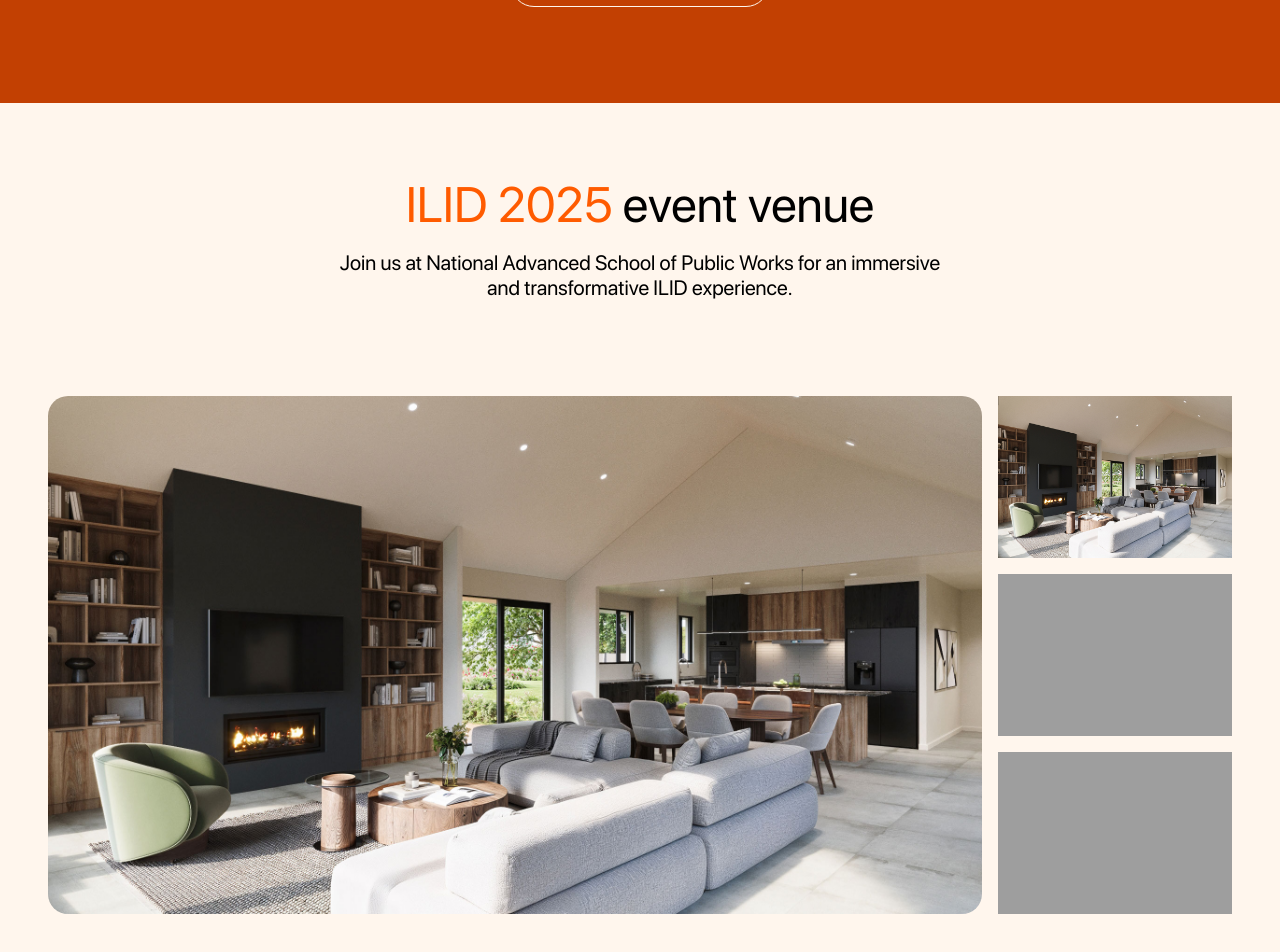
Repository: ilidevent/ilidwebsite
Page: /
An editor plug-in stored every save of this project. The page is shown before and after a run of saves, followed by the edit.
The browser window is 1280 px wide. The pictures show the part of the page from y = 4052 to 5004 px (the page is 5209 px tall).
Pictures or frames that could not be fetched are drawn as grey boxes. The project was rebuilt for these pictures with package versions that can differ from the ones it lists, and the page was loaded fresh each time. The framework's server and built-in components were replaced by stand-ins that run in the browser. Also part of the build but not shown: next.config.ts.

Above is the page before, as saved 2025-03-13 21:15:16.

### app/layout.tsx
import type { Metadata } from "next";
import localFont from "next/font/local";
import { Navbar } from "@/components";
import "../styles/globals.scss";

const regular = localFont({
  src: "./fonts/SF-Pro-Display-Regular.ttf",
  variable: "--regular-font"
})

const medium = localFont({
  src: "./fonts/SF-Pro-Display-Medium.ttf",
  variable: "--medium-font"
})

const semibold = localFont({
  src: "./fonts/SF-Pro-Display-Semibold.ttf",
  variable: "--semibold-font"
})

const heavy = localFont({
  src: "./fonts/SF-Pro-Display-Heavy.ttf",
  variable: "--heavy-font"
})

const script = localFont({
  src: "./fonts/VT323-Regular.ttf",
  variable: "--script-font"
})

export const metadata: Metadata = {
  title: "Innovation Lab for Infrastructure Development",
  description: "Generated by create next app",
};

export default function RootLayout({
  children,
}: Readonly<{
  children: React.ReactNode;
}>) {
  return (
    <html lang="en">
      <body className={`${regular.variable} ${medium.variable} ${semibold.variable} ${heavy.variable} ${script.variable}`}>
        <Navbar/>
        {children}
      </body>
    </html>
  );
}

### app/page.tsx
import React from 'react'
import { HomePageWrapper } from '@/components'

const HomePage = () => {
  return (
    <div className='main'>
      <HomePageWrapper/>
    </div>
  )
}

export default HomePage

### components/index.ts
import Navbar from "./Navigation/Navbar";
import HomePageWrapper from "./HomePage/HomePageWrapper";

export {
  Navbar,
  HomePageWrapper
}

### components/Navigation/Navbar.tsx
import React from 'react'
import Image from 'next/image'
import Link from 'next/link'
import LOGO from "../../public/svg/whitelogo.svg"
import Button from '../ReUsables/Button'
import styles from "../../styles/Navigation/navbar.module.scss"

const Navbar = () => {
  const navLinks = [
    {
      name: "Attend",
      link: "/attend"
    },
    {
      name: "Speakers",
      link: "/speakers"
    },
    {
      name: "About",
      link: "/about"
    },
    {
      name: "Agenda",
      link: "/agenda"
    }
  ]

  const buttonOne = {
    name: "Pitch your idea",
    link: "/pitch-contest",
  }

  const buttonTwo = {
    name: "Partner with us",
    link: "/partners",
  }

  return (
    <>
      <header className={styles.nav__header}>
        <div className={`container ${styles.nav__container}`}>
          <div className={styles.nav__logo}>
            <Image fill quality={100} alt='ILID Logo' src={LOGO}/>
          </div>
          <nav className={styles.nav__center}>
            {
              navLinks.map((data, i) => (
                <Link key={i} href={data.link}>{data.name}</Link>
              ))
            }
          </nav>
          <nav className={styles.nav__right}>
            <Button fill={false} buttonInfo={buttonOne}/>
            <Button fill buttonInfo={buttonTwo}/>
          </nav>
        </div>
      </header>
    </>
  )
}

export default Navbar

### components/ReUsables/Button.tsx
import React from "react";
import Link from "next/link";
import styles from "../../styles/ReUsables/button.module.scss";

interface ButtonInfo {
  name: string;
  link: string;
}

const Button = ({
  buttonInfo,
  fill,
}: {
  buttonInfo: ButtonInfo;
  fill: boolean;
}) => {
  return (
    <>
      {fill ? (
        <Link className={styles.button__background} href={buttonInfo.link}>
          {buttonInfo.name}
        </Link>
      ) : (
        <Link className={styles.button__stroke} href={buttonInfo.link}>
          {buttonInfo.name}
        </Link>
      )}
    </>
  );
};

export default Button;

### styles/Navigation/navbar.module.scss
.nav__header {
  width: 100%;
  height: auto;
  padding: 1rem 0;
  position: fixed;
  top: 0;
  left: 0;
  z-index: 100;
}

.nav__container {
  position: relative;
  display: flex;
  justify-content: space-between;
  align-items: center;
}

.nav__logo {
  width: 270px;
  aspect-ratio: 1112.0159/400;
  position: relative;

  img {
    object-fit: cover;
  }
}

.nav__center {
  position: absolute;
  top: 50%;
  left: 50%;
  transform: translate(-50%, -50%);
  display: flex;
  gap: 1.5rem;

  a {
    color: var(--body-color);
    opacity: 1;
    transition: opacity 0.5s ease;

    &:hover {
      opacity: 0.5;
    }
  }
}

.nav__right{
  display: flex;
  gap: 1.5rem
}

### components/ReUsables/ReusableSection.tsx
import React from "react";
import HighlightedText from "./HighlighedText";
import Button from "./Button";
import ButtonTwo from "./ButtonTwo";
import styles from "../../styles/ReUsables/reusablesection.module.scss";

interface ReusableSectionProps {
  header: string;
  keywords?: string[];
  text: string;
  textColor: string;
  backgroundColor: string;
  buttonData?: {
    name: string;
    link: string;
  };
  children: React.ReactNode;
}

const ReusableSection = ({
  header,
  keywords,
  text,
  textColor,
  backgroundColor,
  buttonData,
  children,
}: ReusableSectionProps) => {
  return (
    <section
      className={`section ${styles.rs__section}`}
      style={{ backgroundColor: backgroundColor }}
    >
      <div className={`container ${styles.rs__container}`}>
        <div className={styles.rs__wrapper}>
          <div className={styles.rscontent__header}>
            <HighlightedText
              text={header}
              keywords={keywords}
              color={textColor}
            />
            <p style={{ color: textColor }} className={styles.p__tag}>{text}</p>
          </div>
          <div className={styles.rsmain__content}>{children}</div>
          {buttonData && backgroundColor === "#C24002" ? (
            <Button fill={false} buttonInfo={buttonData} />
          ) : (
            <ButtonTwo buttonInfo={buttonData} />
          )}
        </div>
      </div>
    </section>
  );
};

export default ReusableSection;

### components/ReUsables/PaddingTop.tsx
import React from 'react'
import styles from "../../styles/ReUsables/paddingtop.module.scss"

const PaddingTop = ({backgroundColor} : {backgroundColor: string}) => {
  return (
    <div className={styles.paddingtop} style={{backgroundColor: backgroundColor}}></div>
  )
}

export default PaddingTop

### components/ReUsables/AboutboxWrapper.tsx
import React from "react";
import AboutBox from "./AboutBox";
import { AboutData } from "@/utils";
import styles from "../../styles/ReUsables/aboutboxwrapper.module.scss";

const AboutboxWrapper = () => {
  return (
    <div className={styles.abw__wrapper}>
      {AboutData.map((data, i) => (
        <AboutBox key={i} boxData={data} />
      ))}
    </div>
  );
};

export default AboutboxWrapper;

### components/ReUsables/SpeakerWrapper.tsx
"use client";

import React, { useState } from "react";
import { SpeakerData } from "@/utils";
import SpeakerBox from "./SpeakerBox";
import { AnimatePresence } from "framer-motion";
import styles from "../../styles/ReUsables/aboutboxwrapper.module.scss";

const SpeakerWrapper = () => {
  const [activeButton, setActiveButton] = useState("speaker");

  const sectionData = SpeakerData.filter((item) =>
    item.roles.includes(activeButton)
  );
  return (
    <div className={styles.sb__wrapper}>
      <div className={styles.work__buttons}>
        <div
          className={`${styles.wbuttons} ${
            activeButton === "speaker" ? styles.active__button : ""
          }`}
          onClick={() => setActiveButton("speaker")}
        >
          Speakers
        </div>
        <div
          className={`${styles.wbuttons} ${
            activeButton === "workshop" ? styles.active__button : ""
          }`}
          onClick={() => setActiveButton("workshop")}
        >
          Workshops
        </div>
      </div>
      <div className={styles.sbw__wrapper}>
        <AnimatePresence>
          {sectionData.map((data, i) => (
            <SpeakerBox boxData={data} key={data.id}/>
          ))}
        </AnimatePresence>
      </div>
    </div>
  );
};

export default SpeakerWrapper;

### components/ReUsables/OpportunityWrapper.tsx
import React from 'react'
import OpportunityBox from './OpportunityBox'
import { OpportunityData } from '@/utils'
import styles from "../../styles/ReUsables/aboutboxwrapper.module.scss"

const OpportunityWrapper = () => {
  return (
    <div className={styles.obw__wrapper}>
      {OpportunityData.map((data, i) => (
        <OpportunityBox key={i} boxData={data} />
      ))}
    </div>
  )
}

export default OpportunityWrapper

### styles/ReUsables/button.module.scss
.button__background{
  padding: 0.7rem 1.5rem;
  border-radius: 100px;
  background-color: var(--body-color);
  color: var(--orange);
  border: 1px solid transparent;
  transition: all 0.5s ease;

  &:hover{
    border: 1px solid var(--body-color);
    color: var(--body-color);
    background-color: transparent;
  }
}

.button__stroke{
  padding: 0.7rem 1.5rem;
  border-radius: 100px;
  background-color: transparent;
  color: var(--body-color);
  border: 1px solid var(--body-color);
  transition: all 0.5s ease;

  &:hover{
    border: 1px solid transparent;
    color: var(--orange);
    background-color: var(--body-color);
  }
}

.button__strokeTwo{
  padding: 0.7rem 1.5rem;
  border-radius: 100px;
  background-color: transparent;
  color: var(--orange);
  border: 1px solid var(--orange);
  transition: all 0.5s ease;

  &:hover{
    border: 1px solid transparent;
    color: var(--body-color);
    background-color: var(--orange);
  }
}

### styles/ReUsables/herosection.module.scss
.hero__section {
  width: 100vw;
  height: var(--nm);
  background-color: var(--darkorange);
  position: relative;
  color: var(--body-color);
}

.hero__image{
  width: 100%;
  height: 100%;
  position: absolute;
  top: 0;
  left: 0;

  img{
    object-fit: cover;
  }
}

.hero__container {
  width: 100%;
  height: 100%;
  position: relative;
  z-index: 1;
}

.content__wrapper {
  width: 70%;
  height: auto;
  position: absolute;
  top: 20%;
  left: 50%;
  transform: translateX(-50%);
  display: flex;
  flex-direction: column;
  justify-content: flex-start;
  align-items: center;
  gap: 1.5rem;
}

.large__text {
  h1 {
    font-size: calc(var(--biggest-font-size) - 2.3rem);
    font-weight: 100;
    text-align: center;
    line-height: 1.03;
  }
}

.normal__text {
  width: 60%;
  text-align: center;

  p {
    font-size: calc(var(--normal-font-size) + 0.2rem);
  }
}

.hbutton__wrapper{
  display: flex;
  flex-direction: column;
  gap: 1.3rem;
  align-items: center;
  margin-top: 1.5rem;
}

@media screen and (min-height: 800px) {
  .large__text {
    h1 {
      font-size: calc(var(--biggest-font-size) - 1.5rem);
      font-weight: 100;
      text-align: center;
      line-height: 1.1;
    }
  }

  .normal__text {
    width: 70%;
    text-align: center;

    p {
      font-size: calc(var(--h2-font-size) - 1rem);
    }
  }

  .hbutton__wrapper{
    display: flex;
    flex-direction: column;
    gap: 1.5rem;
    align-items: center;
    margin-top: 2rem;
  }
}

### styles/ReUsables/venuebanner.module.scss
.vb__section{
  position: relative;
  width: 100%;
  height: auto;
  padding: 0rem 0 3rem;
}

.vbslider__container{
  width: 100%;
  padding: 2rem 0;
  border-bottom: 1px solid var(--orange);
}

.vb__slider{
  width: max-content;
  position: relative;
  display: flex;
}

.slider__main{
  display: flex;

  .slider__space{
    width: 1rem;
    height: 1rem;
    display: block;
  }
}

.slider__content{
  display: flex;
  gap: 1.5rem;
  align-items: center;
  font-family: var(--script-font);
  font-size: calc(var(--h2-font-size) - 0.3rem);
  color: var(--orange);
}

.first__slide{
  display: flex;
  align-items: center;
  gap: 1.5rem;

  p{
    word-wrap: none;
  }

  .span__button{
    display: block;
    width: 1rem;
    height: 1rem;
    border-radius: 50%;
    background-color: var(--orange);
  }
}

### components/ReUsables/HighlighedText.tsx
import React from 'react'
import styles from "../../styles/ReUsables/highlightedtext.module.scss";

interface HighlightedTextProps {
  text: string;
  // List of words you want to highlight (in lowercase)
  keywords?: string[];
  color: string;
}

const HighlightedText = ({
  text,
  keywords,
  color
}: HighlightedTextProps) => {
  // Split the text into words
  const words = text.split(" ");

  return (
    <p className={styles.large__text}>
      {words.map((word, index) => {
        // Remove punctuation for matching and convert to lowercase.
        const cleanedWord = word.replace(/[.,!?;:()]/g, "");

        if (keywords?.includes(cleanedWord)) {
          return (
            <span key={index} style={{color: "var(--orange)"}}>
              {word}{" "}
            </span>
          );
        } else {
          return (
            <span key={index} style={{color: color}}>
              {word}{" "}
            </span>
          );
        }
      })}
    </p>
  );
};

export default HighlightedText;

### components/ReUsables/ButtonTwo.tsx
import React from "react";
import Link from "next/link";
import styles from "../../styles/ReUsables/button.module.scss";

interface ButtonInfo {
  name: string;
  link: string;
}

const ButtonTwo = ({ buttonInfo }: { buttonInfo?: ButtonInfo }) => {
  if (!buttonInfo) return null; // or handle the undefined case as needed

  return (
    <>
      {buttonInfo && (
        <Link className={styles.button__strokeTwo} href={buttonInfo.link}>
          {buttonInfo.name}
        </Link>
      )}
    </>
  );
};

export default ButtonTwo;

### styles/ReUsables/reusablesection.module.scss
.rs__content{
  width: 100%;
  height: auto;
  position: relative;
}

.rs__container{
  height: max-content;
}

.rs__wrapper{
  width: 100%;
  height: auto;
  display: flex;
  flex-direction: column;
  justify-content: flex-start;
  gap: 6rem;
  align-items: center;
}

.rscontent__header{
  width: 60%;
  display: flex;
  flex-direction: column;
  align-items: center;
  justify-content: flex-start;
  gap: 1rem;

  .p__tag{
    text-align: center;
    width: 85%;
    font-size: calc(var(--normal-font-size) + 0.2rem);
  }
}

.rsmain__content{
  width: 100%;
  height: auto;
}

### styles/ReUsables/sloganbanner.module.scss
.sl__section{
  position: relative;
  width: 100%;
  height: auto;
  padding: 0rem 0 3rem;
}

.slslider__container{
  width: 100%;
  padding: 2rem 0;
  background-color: var(--orange);
}

.sl__slider{
  width: max-content;
  position: relative;
  display: flex;
}

.slider__main{
  display: flex;

  .slider__space{
    width: 1rem;
    height: 1rem;
    display: block;
  }
}

.slider__content{
  display: flex;
  gap: 1.5rem;
  align-items: center;
  font-family: var(--script-font);
  font-size: calc(var(--h2-font-size) - 0.3rem);
  color: var(--body-color);
}

.first__slide{
  display: flex;
  align-items: center;
  gap: 1.5rem;

  p{
    word-wrap: none;
  }

  .span__button{
    display: block;
    width: 1rem;
    height: 1rem;
    border-radius: 50%;
    background-color: var(--body-color);
  }
}

### styles/ReUsables/paddingtop.module.scss
.paddingtop{
  padding-top: 1.5rem;
}

### components/ReUsables/AboutBox.tsx
import React from "react";
import { StaticImageData } from "next/image";
import Image from "next/image";
import styles from "../../styles/ReUsables/aboutbox.module.scss";

interface BoxProps {
  image: StaticImageData;
  aspectRatio: string;
  name: string;
  text: string;
}

const AboutBox = ({ boxData }: { boxData: BoxProps }) => {
  return (
    <div className={styles.abox__wrapper}>
      <div className={styles.aboutbox}>
        <div className={styles.aboutboxer}>
          <div
            className={styles.aboutb__image}
            style={{ aspectRatio: boxData.aspectRatio }}
          >
            <Image fill quality={100} alt={boxData.name} src={boxData.image} />
          </div>
          <div className={styles.about__content}>
            <span>{boxData.name}</span>
            <p>{boxData.text}</p>
          </div>
        </div>
      </div>
      <div className={styles.animation}></div>
      <div className={styles.animationtwo}></div>
    </div>
  );
};

export default AboutBox;

### styles/ReUsables/aboutboxwrapper.module.scss
.abw__wrapper {
  width: 100%;
  height: auto;
  display: grid;
  grid-template-columns: repeat(3, 1fr);
  column-gap: 20px;
}

.obw__wrapper {
  width: 100%;
  height: auto;
  display: grid;
  grid-template-columns: repeat(3, 1fr);
}

.sb__wrapper {
  width: 100%;
  height: auto;
  display: flex;
  flex-direction: column;
  align-items: center;
  justify-content: flex-start;
  gap: 2rem;

  .sbw__wrapper {
    width: 100%;
    height: auto;
    display: grid;
    grid-template-columns: repeat(4, 1fr);
  }

  .work__buttons {
    width: max-content;
    padding: 0.4rem;
    border: 1px solid var(--body-color);
    display: flex;
    gap: 0.4rem;
    border-radius: 70px;

    .wbuttons {
      padding: 0.7rem 1.5rem;
      border: 1px solid transparent;
      border-radius: 70px;
      color: rgb(255, 246, 237, 0.5);
      cursor: pointer;
      transition: all 0.7s ease;

      &.active__button{
        border: 1px solid var(--body-color);
        color: var(--body-color);
      }
    }
  }
}

### components/ReUsables/SpeakerBox.tsx
import React from "react";
import Image from "next/image";
import { motion } from "framer-motion";
import { speakerAnimation } from "@/animations";
import { StaticImageData } from "next/image";
import styles from "../../styles/ReUsables/speaker.module.scss";

interface SpeakerProps{
  id: number;
  image: StaticImageData;
  name: string;
  position: string;
  roles: string[];
}


const SpeakerBox = ({boxData}: {boxData: SpeakerProps}) => {
  return (
    <motion.div variants={speakerAnimation} initial="initial" animate="enter" exit="closed" className={styles.speaker__box}>
      <div className={styles.speaker__image}>
        <Image fill quality={100} alt={boxData.name} src={boxData.image} />
      </div>
      <div className={styles.sbackground}>
        <div className={styles.sback__content}>
          <p>{boxData.name}</p>
          <span>{boxData.position}</span>
        </div>
      </div>
    </motion.div>
  );
};

export default SpeakerBox;

### components/ReUsables/OpportunityBox.tsx
import React from "react";
import Image from "next/image";
import { StaticImageData } from "next/image";
import Link from "next/link";
import styles from "../../styles/ReUsables/opportunitybox.module.scss";

interface BoxContentProps{
  heading: string;
  text: string;
  image: StaticImageData;
  linkData?: {
    name: string;
    link: string;
  }
}


const OpportunityBox = ({boxData}: {boxData: BoxContentProps}) => {
  return (
    <div className={styles.obox__wrapper}>
      <div className={styles.ob__content}>
        <span>{boxData.heading}</span>
        <p>
          {boxData.text}
        </p>
      </div>
      <div className={styles.obimage__wrapper}>
        <div className={styles.ob__image}>
          <Image fill quality={100} alt={boxData.heading} src={boxData.image} />
        </div>
        <div className={styles.overlay}></div>
        {boxData.linkData && <Link href="/speakers" className={styles.button__fill}>Become a speaker</Link>}
      </div>
    </div>
  );
};

export default OpportunityBox;

### styles/ReUsables/venuewrapper.module.scss
.venue__wrapper{
  width: 100%;
  aspect-ratio: 16/7;
  position: relative;
  display: flex;
  justify-content: space-between;
  align-items: flex-start;
  gap: 16px;
}

.venue__main{
  width: 80%;
  height: 100%;
  position: relative;
  overflow: hidden;
  border-radius: 20px;
}

.venueimage{
  width: 100%;
  height: 100%;
  position: absolute;
  top: 0;
  left: 0;
  opacity: 0;
  transition: opacity 0.7s ease;

  &.active__image{
    opacity: 1;
  }

  img{
    object-fit: cover;
  }
}

.venue__right{
  width: 20%;
  height: 100%;
  display: grid;
  grid-template-rows: repeat(3, 1fr);
  gap: 16px;
  position: relative;
}

.venueimagetwo{
  width: 100%;
  height: 100%;
  border-radius: 10px;
  position: relative;

}

### styles/ReUsables/highlightedtext.module.scss
.large__text{
  font-size: calc(var(--h2-font-size) + 0.6rem);
}

### animations/index.ts
export const speakerAnimation = {
  initial: { opacity: 0 },

  enter: {
    opacity: 1,
    transition: { duration: 0.7, ease: [0.7, 0, 0.3, 1] },
  },

  closed: {
    opacity: 0,
    transition: { duration: 0.7, ease: [0.3, 0, 0.7, 0] },
  },
};

### styles/ReUsables/speaker.module.scss
.speaker__box{
  width: 100%;
  border: 1px solid var(--body-color);
  aspect-ratio: 413/510;
  position: relative;
  opacity: 0;
}

.speaker__image{
  width: 100%;
  height: 100%;
  position: relative;

  img{
    object-fit: cover;
  }
}

.sbackground{
  width: 100%;
  height: 100%;
  position: absolute;
  top: 0;
  left: 0;
  z-index: 1;
  padding: 1.2rem;
  background: linear-gradient(180deg, rgba(255, 255, 255, 0.00) 45%, rgba(255, 91, 0, 0.80) 100%);
  display: flex;
  flex-direction: column;
  opacity: 0;
  transition: opacity 0.7s ease;

  &:hover{
    opacity: 1;
  }
}

.sback__content{
  margin-top: auto;
  display: flex;
  flex-direction: column;
  gap: 0.05rem;
  color: var(--body-color);

  p{
    font-size: calc(var(--normal-font-size) + 0.5rem);
  }

  span{
    font-size: var(--small-font-size);
  }
}

### styles/ReUsables/opportunitybox.module.scss
.obox__wrapper{
  width: 100%;
  aspect-ratio: 550/700;
  position: relative;
  padding: 2.5rem 1.5rem 0rem;
  display: flex;
  flex-direction: column;
  justify-content: flex-start;
  align-items: flex-start;
  border: 1px solid var(--orange);
}

.ob__content{
  display: flex;
  flex-direction: column;
  width: 80%;
  height: auto;
  gap: 1rem;

  span{
    font-size: var(--h2-font-size);
    line-height: 1.1;
  }

  p{
    color: var(--text-color-light);
    width: 100%;
  }
}

.obimage__wrapper{
  width: 100%;
  height: 60%;
  position: absolute;
  bottom: 0;
  left: 0;
  overflow: hidden;
  border-top-left-radius: 20px;
  border-top-right-radius: 20px;
}

.ob__image{
  position: relative;
  width: 100%;
  height: 100%;

  img{
    object-fit: cover;
  }
}

.overlay{
  width: 100%;
  height: 100%;
  position: absolute;
  top: 0;
  left: 0;
  z-index: 1;
  background-color: rgba(255, 91, 0, 0.15);
}

.button__fill{
  padding: 0.6rem 1.3rem;
  border-radius: 100px;
  background-color: var(--orange);
  color: var(--body-color);
  border: 1px solid transparent;
  transition: all 0.5s ease;
  position: absolute;
  bottom: 1.5rem;
  left: 1.5rem;
  z-index: 2;
  font-size: var(--small-font-size);

  &:hover{
    border: 1px solid var(--body-color);
    background-color: transparent;
  }
}

Loaded but not shown: components/HomePage/HomePageWrapper.tsx (134 lines, source omitted); components/ReUsables/VenueBanner.tsx (90 lines, source omitted); components/ReUsables/SloganBanner.tsx (86 lines, source omitted); utils/index.ts (121 lines, source omitted); styles/globals.scss (167 lines, source omitted); styles/ReUsables/aboutbox.module.scss (113 lines, source omitted); components/ReUsables/HeroSection.tsx (70 lines, source omitted); components/ReUsables/VenueWrapper.tsx (61 lines, source omitted)

After the next 3 saves:
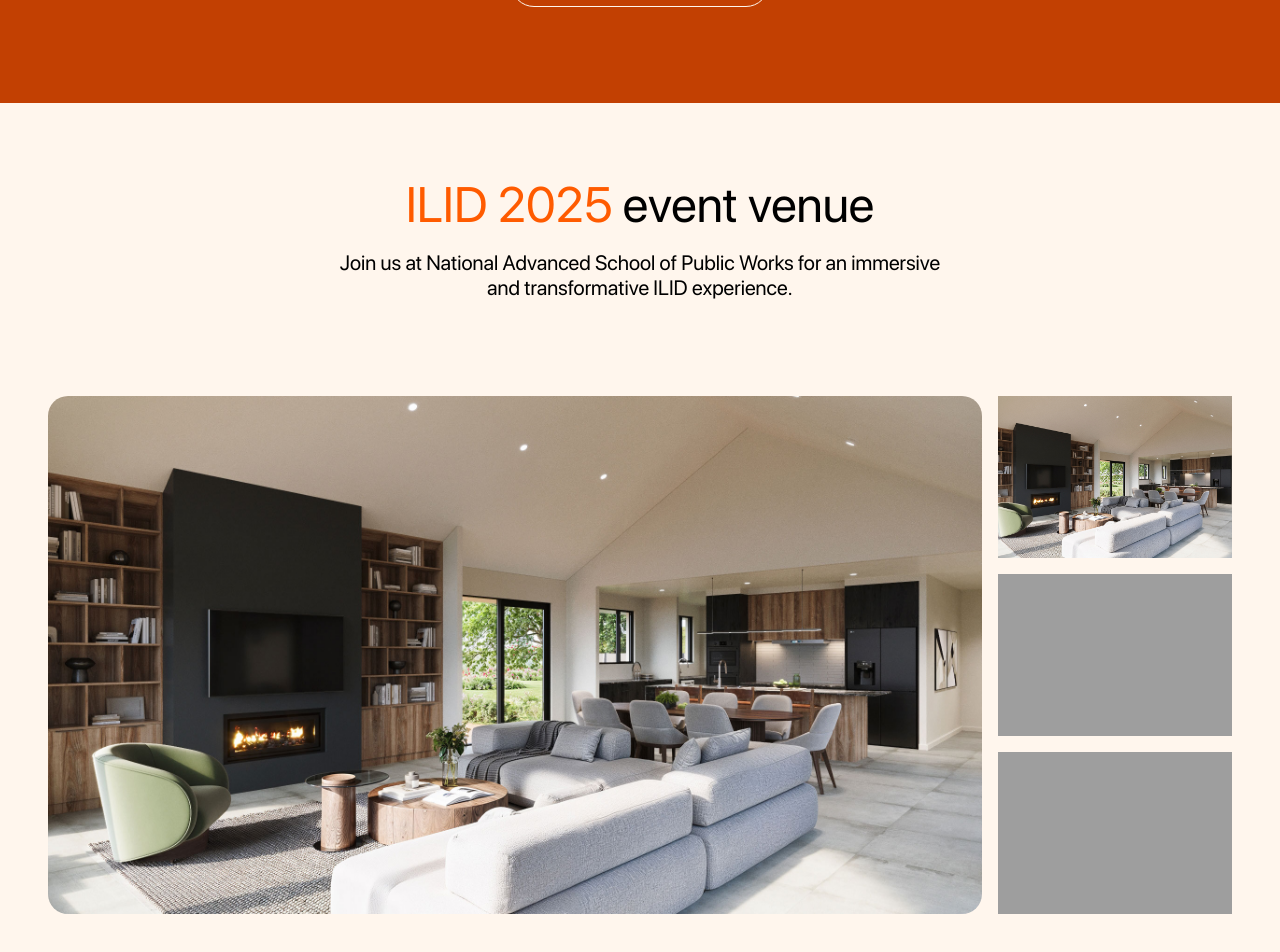
The 3 saves are shown as one change because they came seconds apart.
The last was saved 8 s later.
--- a/styles/ReUsables/venuewrapper.module.scss
+++ b/styles/ReUsables/venuewrapper.module.scss
@@ -49,4 +49,7 @@
   border-radius: 10px;
   position: relative;
 
+  img{
+    object-fit: cover;
+  }
 }
